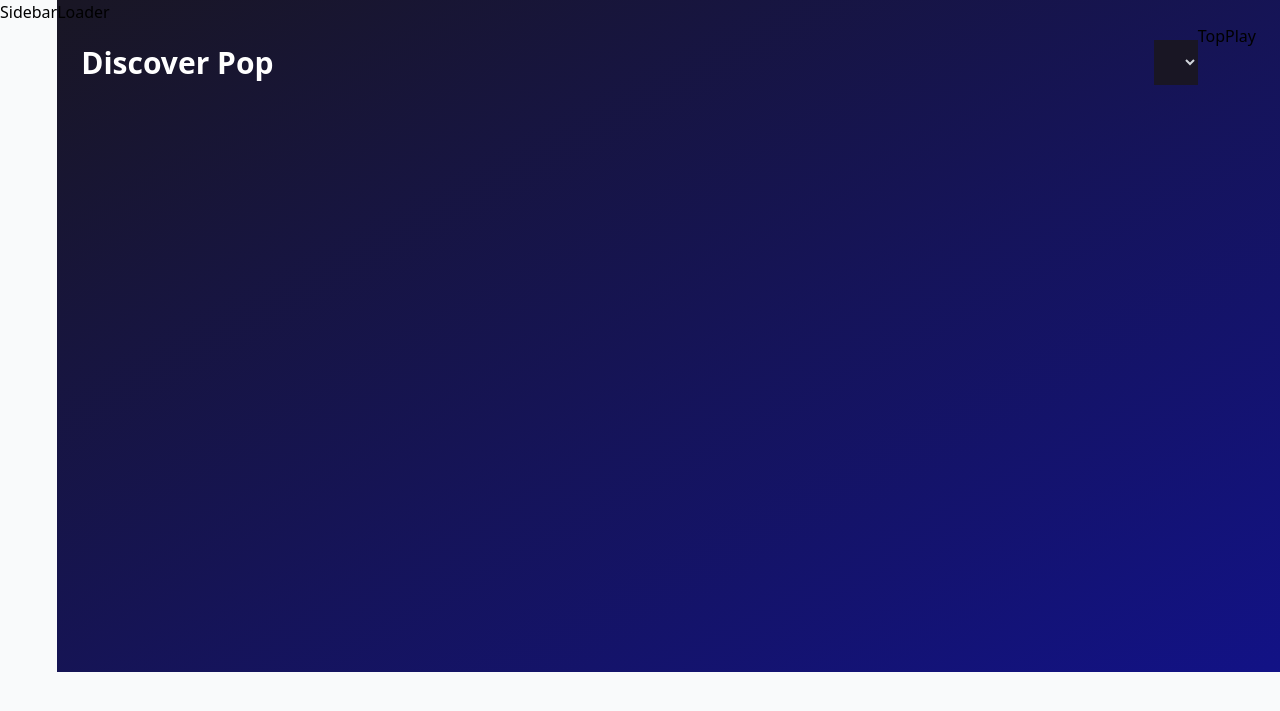
Repository: Goldmyn/GoldStarMusic
Page: /
The author's editor kept a copy of each file at every save. The page is drawn from the files as they stood at one save, then again after a run of saves.
The browser window is 1280 px wide. The pictures show the whole page.
The project was rebuilt for these pictures with package versions that can differ from the ones it lists, and the page was loaded fresh each time. Also part of the build but not shown: vite.config.js, src/components/SongCard.jsx, src/components/ArtistCard.jsx, src/components/DetailsHeader.jsx, src/components/PlayPause.jsx, src/components/SongBar.jsx, src/components/RelatedSongs.jsx, src/components/MusicPlayer/Controls.jsx and 13 more.

Above is the page before, as saved 2022-09-30 12:54:53.

### src/redux/features/playerSlice.js
import { createSlice } from '@reduxjs/toolkit';

const initialState = {
  currentSongs: [],
  currentIndex: 0,
  isActive: false,
  isPlaying: false,
  activeSong: {},
  genreListId: '',
};

const playerSlice = createSlice({
  name: 'player',
  initialState,
  reducers: {
    setActiveSong: (state, action) => {
      state.activeSong = action.payload.song;

      if (action.payload?.data?.tracks?.hits) {
        state.currentSongs = action.payload.data.tracks.hits;
      } else if (action.payload?.data?.properties) {
        state.currentSongs = action.payload?.data?.tracks;
      } else {
        state.currentSongs = action.payload.data;
      }

      state.currentIndex = action.payload.i;
      state.isActive = true;
    },

    nextSong: (state, action) => {
      if (state.currentSongs[action.payload]?.track) {
        state.activeSong = state.currentSongs[action.payload]?.track;
      } else {
        state.activeSong = state.currentSongs[action.payload];
      }

      state.currentIndex = action.payload;
      state.isActive = true;
    },

    prevSong: (state, action) => {
      if (state.currentSongs[action.payload]?.track) {
        state.activeSong = state.currentSongs[action.payload]?.track;
      } else {
        state.activeSong = state.currentSongs[action.payload];
      }

      state.currentIndex = action.payload;
      state.isActive = true;
    },

    playPause: (state, action) => {
      state.isPlaying = action.payload;
    },

    selectGenreListId: (state, action) => {
      state.genreListId = action.payload;
    },
  },
});

export const { setActiveSong, nextSong, prevSong, playPause, selectGenreListId } = playerSlice.actions;

export default playerSlice.reducer;

### src/pages/Discover.jsx
import { Error, Loader, SongCard } from "../components";
import { genres } from "../assets/constants";

const Discover = () => {

    const genreTitle = "Pop";

    return (

        <div className="flex flex-col">
            <div className="w-full flex justify-between items-center sm:flex-row flex-col mt-4 mb-10">
                <h2 className="font-bold text-3xl text-white text-left">
                    Discover {genreTitle}
                </h2>
                <select className="bg-black text-gray-300 p-3 text-sm ">

                </select>
            </div>
        </div>
    );

};
export default Discover;

### src/assets/constants.js
import { HiOutlineHashtag, HiOutlineHome, HiOutlinePhotograph, HiOutlineUserGroup } from 'react-icons/hi';

export const genres = [
  { title: 'Pop', value: 'POP' },
  { title: 'Hip-Hop', value: 'HIP_HOP_RAP' },
  { title: 'Dance', value: 'DANCE' },
  { title: 'Electronic', value: 'ELECTRONIC' },
  { title: 'Soul', value: 'SOUL_RNB' },
  { title: 'Alternative', value: 'ALTERNATIVE' },
  { title: 'Rock', value: 'ROCK' },
  { title: 'Latin', value: 'LATIN' },
  { title: 'Film', value: 'FILM_TV' },
  { title: 'Country', value: 'COUNTRY' },
  { title: 'Worldwide', value: 'WORLDWIDE' },
  { title: 'Reggae', value: 'REGGAE_DANCE_HALL' },
  { title: 'House', value: 'HOUSE' },
  { title: 'K-Pop', value: 'K_POP' },
];

export const links = [
  { name: 'Discover', to: '/', icon: HiOutlineHome },
  { name: 'Around You', to: '/around-you', icon: HiOutlinePhotograph },
  { name: 'Top Artists', to: '/top-artists', icon: HiOutlineUserGroup },
  { name: 'Top Charts', to: '/top-charts', icon: HiOutlineHashtag },
];

Loaded but not shown: index.html (common file); src/index.jsx (common file); src/index.css (common file); src/App.jsx (common file); src/redux/store.js (common file); src/components/index.js (common file); src/pages/index.js (common file); src/components/Sidebar.jsx (common file); src/components/Searchbar.jsx (common file); src/components/TopPlay.jsx (common file); tailwind.config.js (common file)

After the next 2 saves:
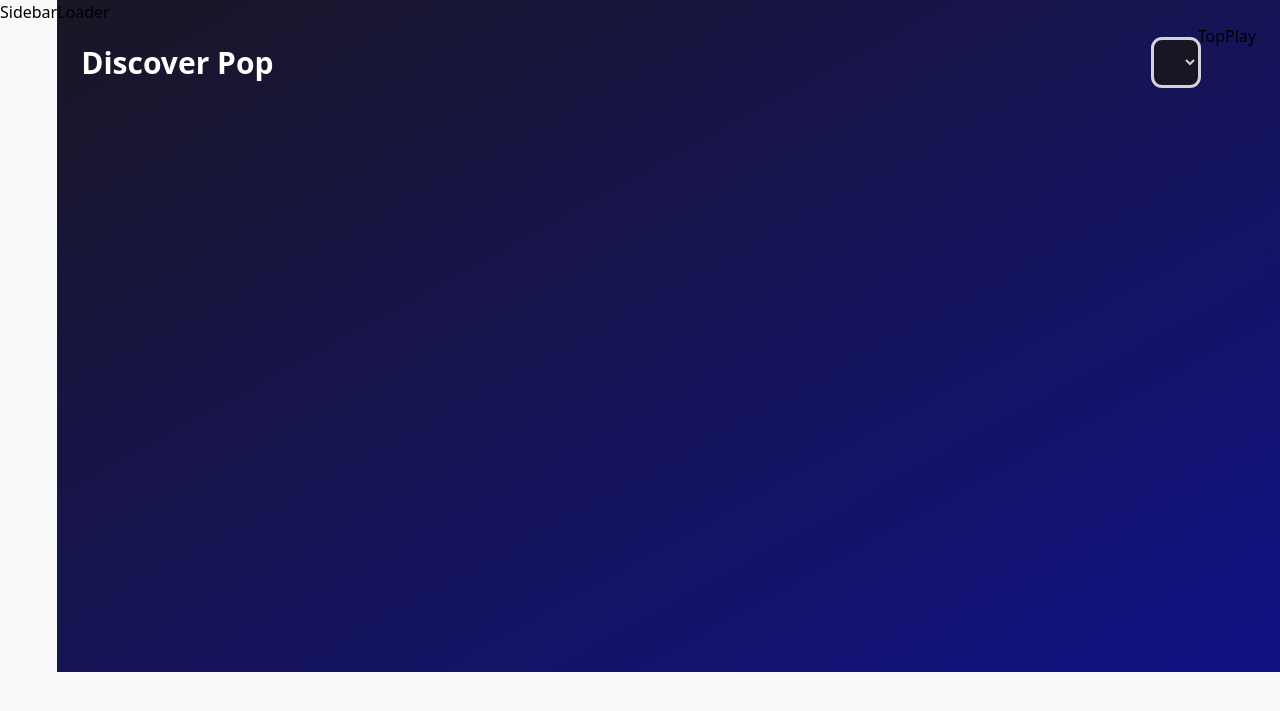
The 2 saves are shown as one change because they came seconds apart.
The last was saved 8 s later.
--- a/src/pages/Discover.jsx
+++ b/src/pages/Discover.jsx
@@ -12,7 +12,7 @@ const Discover = () => {
                 <h2 className="font-bold text-3xl text-white text-left">
                     Discover {genreTitle}
                 </h2>
-                <select className="bg-black text-gray-300 p-3 text-sm ">
+                <select className="bg-black text-gray-300 p-3 text-sm rounded-lg outline">
 
                 </select>
             </div>
